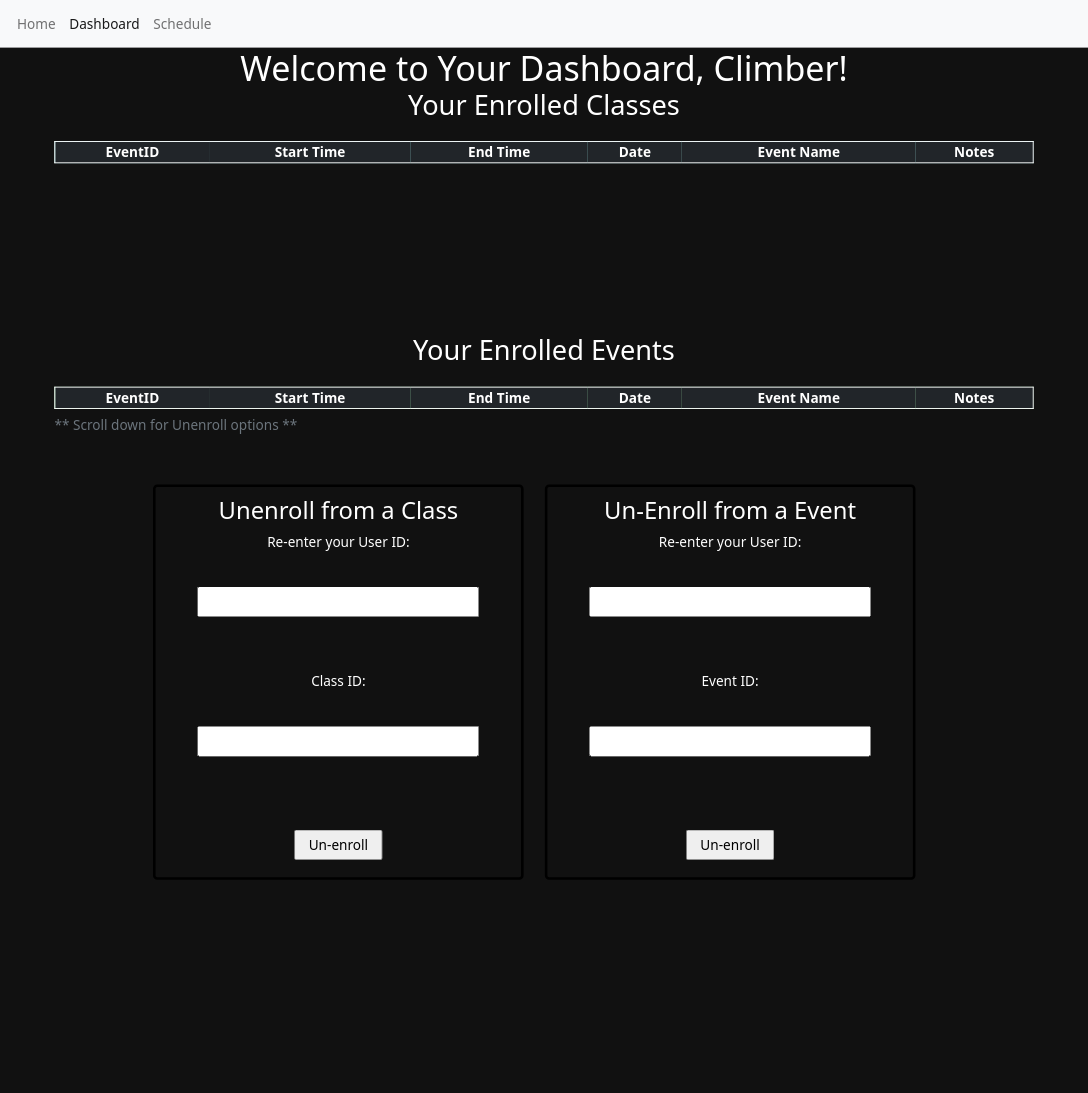
Repository: jennefercampoverde/Rock-Climb-Up
Page: http://localhost/Climberdashboard.php
The author's editor kept a copy of each file at every save. The page is drawn from the files as they stood at one save, then again after the next save.
The browser window is 1280 px wide. The pictures show the whole page, at 85% of full size.
The page is run by PHP 8.4 with error messages shown; the project is at /var/www/html/. Queries for data that is not in the repository find no rows.

Above is the page before, as saved 2024-12-08 09:52:23.

### Climberdashboard.php
<!--show schedule-->
<DOCTYPE HTML>
<html>
<head>
  <meta charset="utf-8">
  <meta name="viewport" content="width=device-width, initial-scale=1">
  <title> </title>
  <link rel="stylesheet" type="text/css" href="style.css">
  <link href="https://cdn.jsdelivr.net/npm/bootstrap@5.2.3/dist/css/bootstrap.min.css" rel="stylesheet" integrity="sha384-rbsA2VBKQhggwzxH7pPCaAqO46MgnOM80zW1RWuH61DGLwZJEdK2Kadq2F9CUG65" crossorigin="anonymous">
</head>
<body id="home" >
<nav class="navbar navbar-expand-lg bg-light">
    <div class="container-fluid">
    <button class="navbar-toggler" type="button" data-bs-toggle="collapse" data-bs-target="#navbarNavAltMarkup" aria-controls="navbarNavAltMarkup" aria-expanded="false" aria-label="Toggle navigation">
      <span class="navbar-toggler-icon"></span>
    </button>
    <div class="collapse navbar-collapse" id="navbarNavAltMarkup">
      <div class="navbar-nav">
        <a class="nav-link " aria-current="page" href="index2.html">Home</a>
        <a class="nav-link active" href="Climberdashboard.html">Dashboard</a>
        <a class="nav-link" href="schedule.html">Schedule</a>

      </div>
    </div>
  </div>
</nav>
<div id="allText">
<h1 class="headers">Welcome to Your Dashboard, Climber!</h1>
<div id="1" class="scroll">
<h2 class="tableHeaders"> Your Enrolled Classes </h2>
<table class="tablesFormatClasses">
  <br>
    <thead>
    <tr class="bg-dark text-white">
      <th>EventID</th>
      <th> Start Time</th>
      <th> End Time</th>
      <th> Date</th>
      <th>Event Name</th>
      <th>Notes</th>
    </tr>
    </thead>
    <tbody>

<?php
//find events user register for


$servername="localhost";
$username="root";
$password= "";
$database= "SEProject2";
$conn=new mysqli($servername, $username, $password, $database);


//check connection
if($conn->connect_error){
   die("Connection failed" . $conn->connect_error);
   }
 else{

$userID=1;

$findUserClass="SELECT * FROM ConfirmedClass WHERE UserID='$userID'";
 $result=$conn->query($findUserClass);


 if($result->num_rows>0){
   while($row = $result->fetch_assoc()) {
    $findClassDetail="SELECT * FROM Classes WHERE ClassID='$foundClassID'";
    $foundClassID=$row['ClassID'];
    $foundClasses=$conn->query($findClassDetail);
    if($foundClasses->num_rows> 0){

      while ($finalresult= $foundClasses->fetch_assoc()) {
   echo "<tr>
   <td>" . $row['ClassID'] . "</td>
   <td>". $row['StartTime'] . "</td>
   <td>".$row['EndTime'] . "</td>
   <td>".$row['Date']. "</td>
   <td>". $row['ClassName']."</td>
   <td>". $row['Difficulty']."</td>
   </tr>";

}

}

}
 }
}
 ?>
 </tbody>
</table>
</div>

<div >
  <h2 class="tableHeaders"> Your Enrolled Events </h2>
  <table class="tablesFormatEvents">
  <br>
    <thead>
    <tr class="bg-dark text-white">
      <th>EventID</th>
      <th> Start Time</th>
      <th> End Time</th>
      <th> Date</th>
      <th>Event Name</th>
      <th>Notes</th>
    </tr>
    </thead>
    <tbody>

 <?php

 $findUserEvent="SELECT * FROM ConfirmEvent WHERE UserID='$userID'";
 $output=$conn ->query($findUserEvent);

 if($output->num_rows>0)
 {
  while($instance=$output->fetch_assoc()){
    echo "<tr>
    <td>".$instance['EventID'] . "</td>
    <td>".$instance['Date']. "</td>
   <td>".$instance['StartTime'] . "</td>
   <td>".$instance['EndTime'] . "</td>
   <td>".$instance['EventName']."</td>
   <td>".$instance['Notes']."</td>
   </tr>";
    }
 }


 //if they press enroll
 //if they press unenroll button
 //if they press logout button do session_destroy(); and redirect to the index.php

?>

</tbody>
<caption id="scrollDownTextUnenroll"> ** Scroll down for Unenroll options **</caption>
</table>

</div>


<!----- Unenroll Class Forms-->
<div id="2" class="scroll-animation">

<table class="tablesFormatForms">
    <tr>
      <td>
  <div id="unEnrollClassContainer" action="ClimberAction.php" class="dashboardContainers">
    <h3> Unenroll from a Class </h3>
    <form id="classForm" method="POST">
    <label for="userID">Re-enter your User ID: </label><br>
      <input type="text" name="ProvidedUserIDClass"id="classID"><br><br>

      <label for="classID">Class ID: </label><br>
      <input type="text" name="submittedClassID" id="classID"><br><br>

      <br> <input type="Submit" name="unenrollUserClass" value="Un-enroll">
    </form>
  </div>
</td>
<td>
  <!--Unenroll Event form -->
    <div id="enrollContainer" class="dashboardContainers">
    <h3> Un-Enroll from a Event </h3>

    <form id="eventForm" action="ClimberAction.php"  method="POST">
    <label for="userID">Re-enter your User ID: </label><br>
    <input type="text" name="ProvidedUserIDEvent" id="eventID"><br><br>

       <label for="eventID">Event ID: </label><br>
      <input type="text" name="submittedEventID" id="eventID"><br><br>

      <br> <input type="Submit" name="unenrollUserEvent" value="Un-enroll">
    </form>
  </div>
</td>
</tr>
</table>
</div>

<script src="https://cdn.jsdelivr.net/npm/bootstrap@5.2.3/dist/js/bootstrap.bundle.min.js" integrity="sha384-kenU1KFdBIe4zVF0s0G1M5b4hcpxyD9F7jL+jjXkk+Q2h455rYXK/7HAuoJl+0I4" crossorigin="anonymous"></script>
	<script src="script.js"> </script>
</body>
</html>
</DOCTYPE>

### style.css


#ClimberHeader,.tableHeaders, .headers
{
    margin: auto;
    text-align: center;

}

.tablesFormatClasses{
    border: 1px solid;
    text-align: center;
    width: 100%;
    background-color: #96D4D4;

}
.tablesFormatEvents{
    border: 1px solid;
    text-align: center;
    width: 100%;
    background-color: #96D4A4;
}

.tablesFormatForms {
  border: 1px solid;
  text-align: center;
  margin-top:50px;
  border:none;
  width: 80%;
  border-collapse: collapse;
  margin-left:10%;
  margin-right:10%;
}

.tablesFormatForms td {
  width: 33%;
  vertical-align: top;
}

.dashboardContainers {
  height: auto;
  width: 95%;
  padding: 10px;
  border:3px solid black;
  border-radius:5px;
  text-align: center;
}

.tablesFormatClasses tr:hover, .tablesFormatEvents tr:hover, .tablesFormatUsers tr:hover{
    background-color:  #D6EEEE;
}

.tablesFormatForms tr{
  width:100%;
}

.tablesFormatUsers{
    border: 1px solid;
    text-align: center;
    width: 100%;
    background-color: #B660A4;
}

.dashboardContainers form {
  width: 90%; /* Uniform width for all forms */
  margin: 0 auto; /* Center the forms */
}

.dashboardContainers label, .dashboardContainers input {
  display: block; /* Stack form elements vertically */
  width: 90%; /* Consistent width for labels and inputs */
  margin: 10px auto; /* Add spacing and center the elements */
  box-sizing: border-box;
}

.dashboardContainers input[type="text"] {
  padding: 5px; /* Add padding for better appearance */
}

.dashboardContainers input[type="submit"] {
  width: auto; /* Adjust button width automatically */
  padding: 5px 15px;
  cursor: pointer;
}

.staff {
  width:50%;
  height:50%;
}

.tablesFormatStaff {
  text-align: center;
  margin-top:50px;
  border:none;
  width: 80%;
  border-collapse: collapse;
  margin-left:10%;
  margin-right:10%;
}

.tablesFormatStaff td {
  width: 33%;
  vertical-align: top;
}

.staffContainers {
  height: auto;
  width: 95%;
  padding: 10px;
  border-radius:5px;
  text-align: center;
}

#home {
  background-color:#111;
  color:white;
}

#allText {
  margin-right:5%;
  margin-left:5%;
}

#allText div p {
	font-size:24px;
}

.scroll {
	scroll-snap-align:center;
	text-align:center;
	flex:none;
	margin-bottom:200px;
}

.scroll-animation {
	scroll-snap-align:center;
	text-align:center;
	flex:none;
	margin-bottom:250px;
	opacity: 0;
	transform: translateY(20px); /* Example animation: Slide up from bottom */
	transition: opacity 0.5s ease, transform 0.5s ease;
}

.scroll-animation.is-visible {

  opacity: 1;

  transform: translateY(0);

}

.test {
	border:none;
}

/* Dropdown Button */
.dropbtn {
  background-color: #3498DB;
  color: white;
  padding: 10px;
  font-size: 16px;
  border: none;
  cursor: pointer;
}

/* Dropdown button on hover & focus */
.dropbtn:hover, .dropbtn:focus {
  background-color: #2980B9;
}

/* The container <div> - needed to position the dropdown content */
.dropdown {
  position: relative;
  display: inline-block;
}

/* Dropdown Content (Hidden by Default) */
.dropdown-content {
  display: none;
  position: absolute;
  background-color: #f1f1f1;
  min-width: 160px;
  box-shadow: 0px 8px 16px 0px rgba(0,0,0,0.2);
  z-index: 1;
}

/* Links inside the dropdown */
.dropdown-content a {
  color: black;
  padding: 12px 16px;
  text-decoration: none;
  display: block;
}

/* Change color of dropdown links on hover */
.dropdown-content a:hover {
  background-color: #ddd;
}

/* Show the dropdown menu (use JS to add this class to the .dropdown-content container when the user clicks on the dropdown button) */
.show {
  display:block;
}

### script.js
const elementsToAnimate = document.querySelectorAll('.scroll-animation'); // Select elements with 'scroll-animation' class

function handleScroll() {
  elementsToAnimate.forEach(element => {
    const rect = element.getBoundingClientRect();

    if (rect.top >= window.innerHeight * 0.8 || rect.bottom <= 0.5) {
      // Remove 'is-visible' class when element is out of view
      element.classList.remove('is-visible');
    } else {
      // Add 'is-visible' class when element is in view
      element.classList.add('is-visible');
    }
  });
}

window.addEventListener('scroll', handleScroll);


/* When the user clicks on the button,
toggle between hiding and showing the dropdown content */
function enrollUser() {
  document.getElementById("myDropdown").classList.toggle("show");
}

// Close the dropdown menu if the user clicks outside of it
window.onclick = function(event) {
  if (!event.target.matches('.dropbtn')) {
    var dropdowns = document.getElementsByClassName("dropdown-content");
    var i;
    for (i = 0; i < dropdowns.length; i++) {
      var openDropdown = dropdowns[i];
      if (openDropdown.classList.contains('show')) {
        openDropdown.classList.remove('show');
      }
    }
  }
}

After the next save:
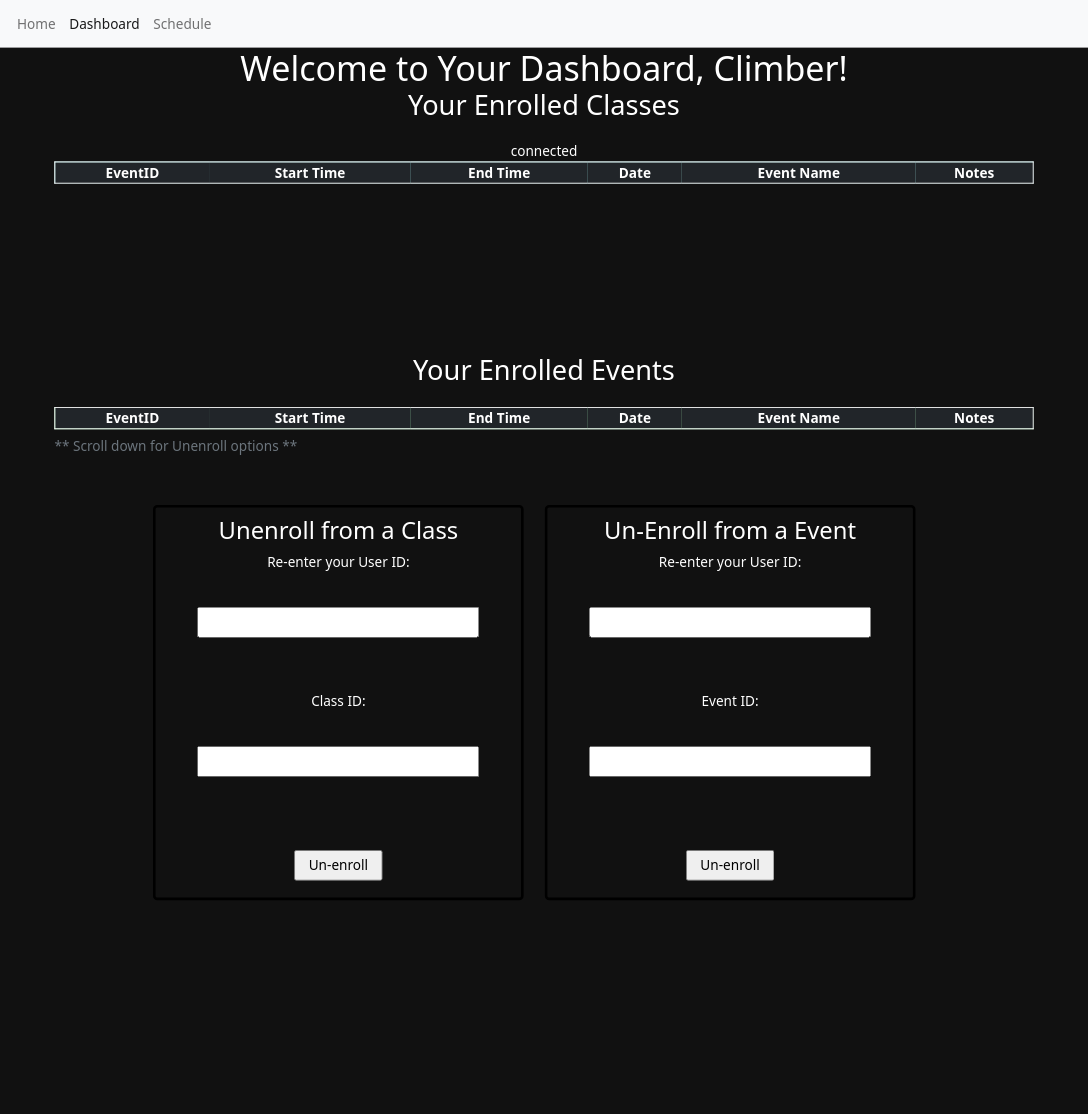
Saved 60 s later.
--- a/Climberdashboard.php
+++ b/Climberdashboard.php
@@ -58,6 +58,7 @@ if($conn->connect_error){
    die("Connection failed" . $conn->connect_error);
    }
  else{
+  echo"connected";
 
 $userID=1;
 
@@ -85,7 +86,6 @@ $findUserClass="SELECT * FROM ConfirmedClass WHERE UserID='$userID'";
 }
 
 }
-
 }
  }
 }
